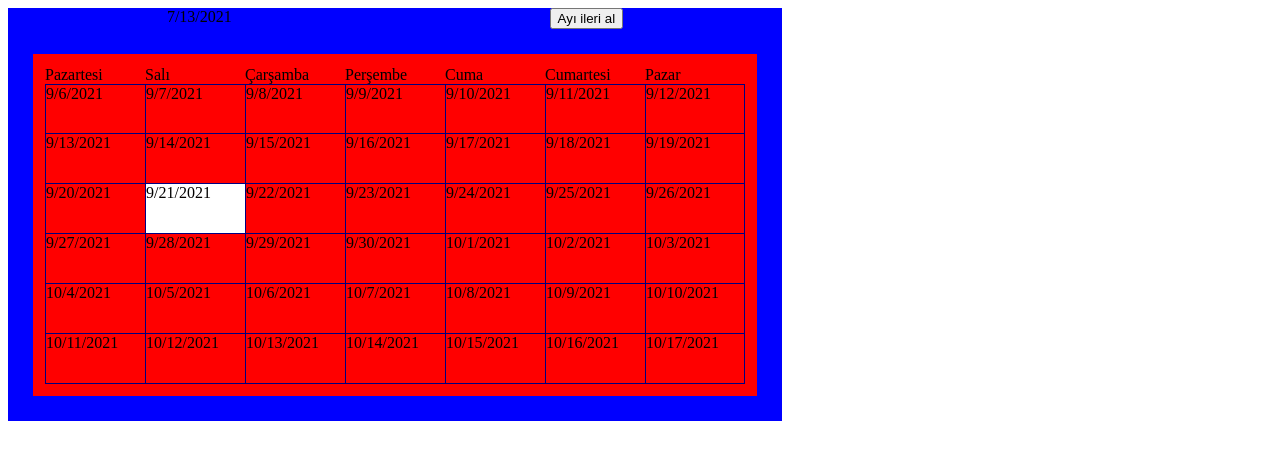
Repository: ahmetbugraozcan/javascript-calendar
Page: tablo.html
These files come from the project's save history. The page is drawn as it stood at one moment and after the next save; the edit follows.
The browser window is 1280 px wide. The pictures show the whole page.
After loading, the first visible `button` was clicked once.

Above is the page before, as saved 2021-07-13 10:31:40.

### tablo.html
<!DOCTYPE html>
<html lang="en">

<head>
    <meta charset="UTF-8">
    <meta http-equiv="X-UA-Compatible" content="IE=edge">
    <meta name="viewport" content="width=device-width, initial-scale=1.0">
    <title>Document</title>
</head>
<!--pazartesi salı çarş... için arrayler oluştur. arraylere göre günleri yerleştir.-->
<style>
    * {
        box-sizing: border-box;
    }

    .cell-last {
        border-right: 1px solid navy;

    }

    .cell-top {
        border-top: 1px solid navy;
    }

    /* her hücre*/
    .cell,
    .cell-top,
    .cell-last {
        text-overflow: clip;
        white-space: nowrap;
        overflow: hidden;
        border-bottom: 1px solid navy;
        border-left: 1px solid navy;
        width: 100px;
        height: 50px;
    }


    /*tablonun kendisi*/
    .calendar {
        margin: 25px;
        padding: 12px;
        display: flex;
        width: fit-content;
        background-color: red;
    }


    .container {
        background-color: blue;
        display: flex;
        width: fit-content;
        flex-direction: column;
    }

    .test {
        display: flex;
        justify-content: space-around;
    }
</style>

<body>

    <div class="container">

        <div class="test">
            <span id="currentDate"></span>

            <span><button type="button" onclick="nextDate()">Ayı ileri al</button></span>
        </div>
        <div class="calendar">
            <div>
                <div>Pazartesi</div>
                <div class="cell-top" id="pazartesi0">1</div>
                <div class="cell" id="pazartesi1">1</div>
                <div class="cell" id="pazartesi2">1</div>
                <div class="cell" id="pazartesi3">1</div>
                <div class="cell" id="pazartesi4">1</div>
                <div class="cell" id="pazartesi5">1</div>
            </div>
            <div>
                <div>Salı</div>
                <div class="cell-top" id="sali0">1</div>
                <div class="cell" id="sali1">1</div>
                <div class="cell" id="sali2">1</div>
                <div class="cell" id="sali3">1</div>
                <div class="cell" id="sali4">1</div>
                <div class="cell" id="sali5">1</div>
            </div>
            <div>
                <div>Çarşamba</div>
                <div class="cell-top" id="carsamba0">1</div>
                <div class="cell" id="carsamba1">1</div>
                <div id="carsamba2" class="cell">1</div>
                <div id="carsamba3" class="cell">1</div>
                <div id="carsamba4" class="cell">1</div>
                <div id="carsamba5" class="cell">1</div>
            </div>
            <div>
                <div>Perşembe</div>
                <div class="cell-top" id="persembe0">1</div>
                <div class="cell" id="persembe1">1</div>
                <div id="persembe2" class="cell">1</div>
                <div id="persembe3" class="cell">1</div>
                <div id="persembe4" class="cell">1</div>
                <div id="persembe5" class="cell">1</div>
            </div>
            <div>
                <div>Cuma</div>
                <div class="cell-top" id="cuma0">1</div>
                <div class="cell" id="cuma1">1</div>
                <div id="cuma2" class="cell">1</div>
                <div id="cuma3" class="cell">1</div>
                <div id="cuma4" class="cell">1</div>
                <div id="cuma5" class="cell">1</div>
            </div>
            <div>
                <div>Cumartesi</div>
                <div class="cell-top" id="cumartesi0">1</div>
                <div class="cell" id="cumartesi1">1</div>
                <div class="cell" id="cumartesi2">1</div>
                <div class="cell" id="cumartesi3">1</div>
                <div class="cell" id="cumartesi4">1</div>
                <div class="cell" id="cumartesi5">1</div>

            </div>
            <div>
                <div>Pazar</div>
                <div id="pazar0" class="cell-top" style="border-right: 1px solid navy;">1</div>
                <div id="pazar1" class="cell-last">1</div>
                <div id="pazar2" class="cell-last">1</div>
                <div id="pazar3" class="cell-last">1</div>
                <div id="pazar4" class="cell-last">1</div>
                <div id="pazar5" class="cell-last">1</div>
            </div>
        </div>
    </div>
    <script>
        function daysInMonth(month, year) {
            return new Date(year, month, 0).getDate();
        }
        var currentDate = new Date();
        var pazartesi = [];
        var sali = [];
        var carsamba = [];
        var persembe = [];
        var cuma = [];
        var cumartesi = [];
        var pazar = [];
        var gunler = ["pazar", "pazartesi", "sali", "carsamba", "persembe", "cuma", "cumartesi"];
        var baslanacakDate = new Date(currentDate.getFullYear(),currentDate.getMonth() , 1);

        fillCalendar();




        function fillCalendar(){
            console.log("Buraya girdik")
        var firstDate = baslanacakDate.getDay();
        if (firstDate == 0) {
            firstDate = 7;
        }
        baslanacakDate.setDate((baslanacakDate.getDate()) - (firstDate));
        // var today = new Date();
        // var todayWithoutTime = new Date(today.getFullYear(), today.getMonth(), today.getDate() );


        var counter = 0;
        for (let i = 1; i <= 42; i++) {
            baslanacakDate.setDate((baslanacakDate.getDate()) + (1));
            // bir tabloda 42 gün var o ayın kaç çektiğini bul bu aydan geriye kaç sayacağız ona bul bu aydan ileri kaç sayacağız onu bul ve ona göre bir date oluştur.
            //ardından bu for döngüsünü kullan

            // if(baslanacakDate.toDateString() ==  todayWithoutTime.toDateString()){
            //     console.log("bugün eşitlendi : " + i);
            //     counter = i;
            // }

            switch (baslanacakDate.getDay()) {
                case 0:
                    pazar.push(baslanacakDate.toLocaleDateString());

                    break;
                case 1:
                    pazartesi.push(baslanacakDate.toLocaleDateString());
                    break;
                case 2:
                    sali.push(baslanacakDate.toLocaleDateString());
                    break;
                case 3:
                    carsamba.push(baslanacakDate.toLocaleDateString());
                    break;

                case 4:
                    persembe.push(baslanacakDate.toLocaleDateString());
                    break;

                case 5:
                    cuma.push(baslanacakDate.toLocaleDateString());
                    break;

                case 6:
                    cumartesi.push(baslanacakDate.toLocaleDateString());
                    break;
            }
        }


        document.getElementById("currentDate").innerHTML = currentDate.toLocaleDateString();
        for (let i = 0; i < 6; i++) {
            document.getElementById(`pazar${i}`).innerHTML = pazar[i];
            document.getElementById(`pazartesi${i}`).innerHTML = pazartesi[i];
            document.getElementById(`sali${i}`).innerHTML = sali[i];
            document.getElementById(`carsamba${i}`).innerHTML = carsamba[i];
            document.getElementById(`persembe${i}`).innerHTML = persembe[i];
            document.getElementById(`cuma${i}`).innerHTML = cuma[i];
            document.getElementById(`cumartesi${i}`).innerHTML = cumartesi[i];
            if (pazar[i] == currentDate.toLocaleDateString()) {
                console.log("Bugün pazar");
                document.getElementById(`pazar${i}`).style.backgroundColor = "white";
            }

            else if (pazartesi[i] == currentDate.toLocaleDateString()) {
                console.log("Bugün pazartesi");
                document.getElementById(`pazartesi${i}`).style.backgroundColor = "white";
            } else if (sali[i] == currentDate.toLocaleDateString()) {
                console.log("Bugün sali");
                document.getElementById(`sali${i}`).style.backgroundColor = "white";
            } else if (carsamba[i] == currentDate.toLocaleDateString()) {
                console.log("Bugün carsamba");
                document.getElementById(`carsamba${i}`).style.backgroundColor = "white";
            } else if (persembe[i] == currentDate.toLocaleDateString()) {
                console.log("Bugün persembe");
                document.getElementById(`persembe${i}`).style.backgroundColor = "white";
            } else if (cuma[i] == currentDate.toLocaleDateString()) {
                console.log("Bugün cuma");
                document.getElementById(`cuma${i}`).style.backgroundColor = "white";
            } else if (cumartesi[i] == currentDate.toLocaleDateString()) {
                console.log("Bugün cumartesi");
                document.getElementById(`cumartesi${i}`).style.backgroundColor = "white";
            }
        }
        }
        function nextDate(){
            pazar = [];
            pazartesi = [];
            sali = [];
            carsamba = [];
            persembe = [];
            cuma = [];
            cumartesi = [];
            baslanacakDate.setMonth((baslanacakDate.getMonth()) + (1));
            console.log("datemiz :  " + baslanacakDate);
            fillCalendar();
           }
    </script>



</html>

After the next save:
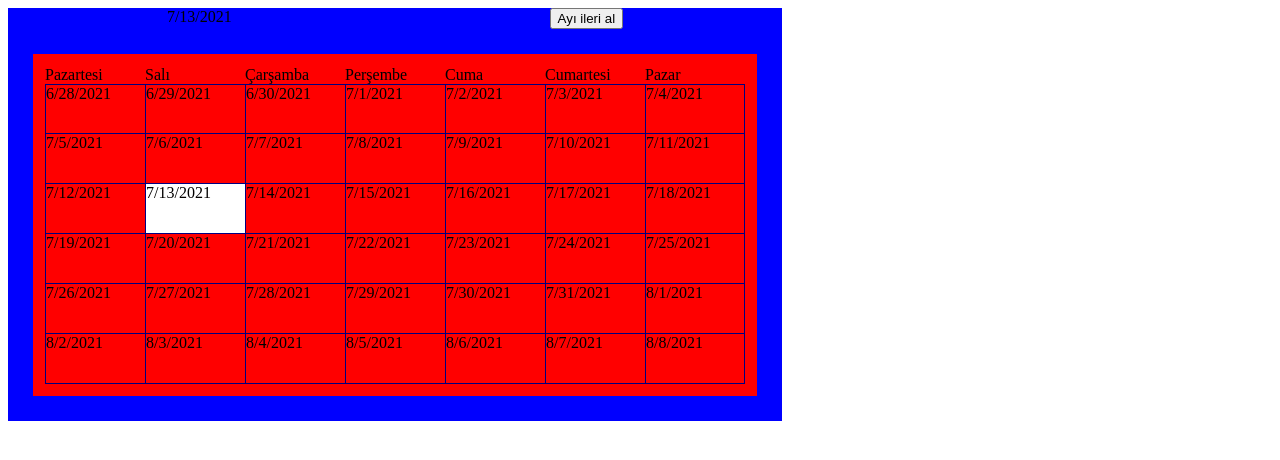
Saved 38 s later.
--- a/tablo.html
+++ b/tablo.html
@@ -252,7 +252,7 @@
             cumartesi = [];
             baslanacakDate.setMonth((baslanacakDate.getMonth()) + (1));
             console.log("datemiz :  " + baslanacakDate);
-            fillCalendar();
+
            }
     </script>
 

After the save that followed:
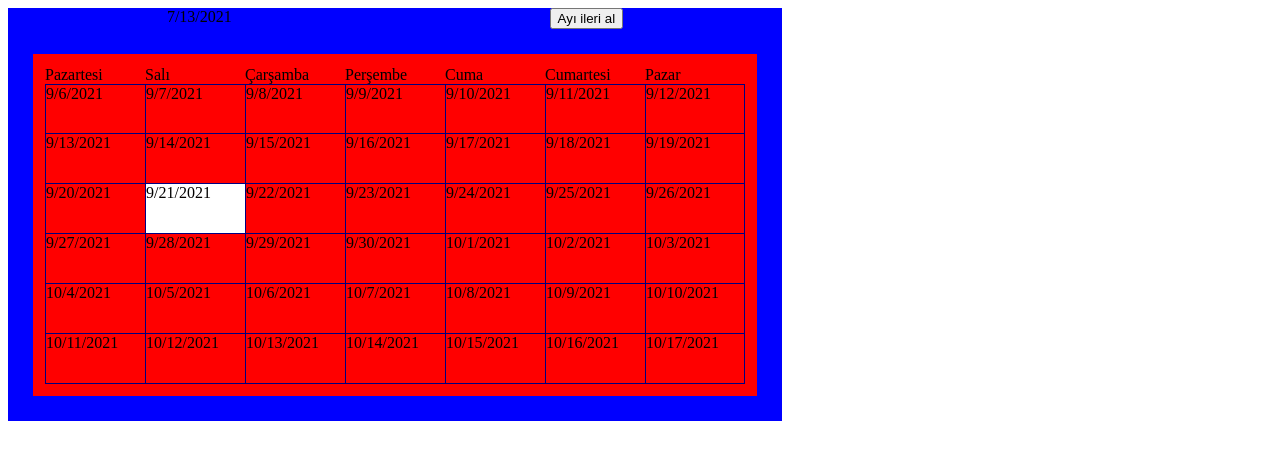
Saved 14 s later.
--- a/tablo.html
+++ b/tablo.html
@@ -252,7 +252,7 @@
             cumartesi = [];
             baslanacakDate.setMonth((baslanacakDate.getMonth()) + (1));
             console.log("datemiz :  " + baslanacakDate);
-
+            fillCalendar();
            }
     </script>
 
